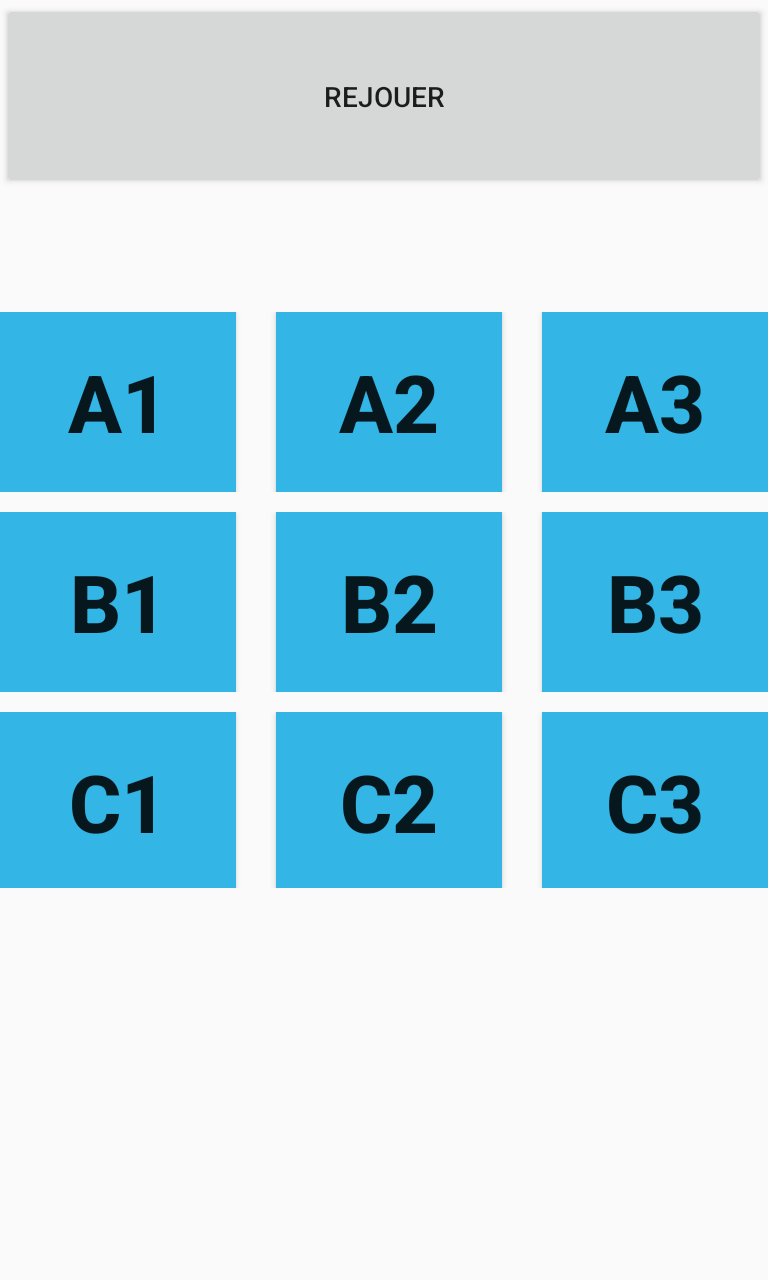
Repository: chakrinamo/Projet_S4_TicTacToe
Layout: Tic_Tac_Toe/res/layout/activity_main.xml
The author's editor kept a copy of each file at every save. The layout is drawn from the files as they stood at one save, then again after the next save.
It is drawn on a 768 x 1280 px phone screen (xhdpi) without system bars, with theme AppTheme; the app's code is not run.

Above is the layout before, as saved 2015-02-24 06:25:28.

### Tic_Tac_Toe/res/layout/activity_main.xml
<LinearLayout xmlns:android="http://schemas.android.com/apk/res/android"
    xmlns:tools="http://schemas.android.com/tools"
    android:layout_width="match_parent"
    android:layout_height="match_parent"
    android:orientation="vertical"
    tools:context="${relativePackage}.${activityClass}" >

    <LinearLayout
        android:layout_width="fill_parent"
        android:layout_height="wrap_content"
        android:orientation="horizontal" >

        <Button
            android:id="@+id/Rejouer"
            android:layout_width="fill_parent"
            android:layout_height="96dp"
            android:layout_marginBottom="60dp"
            android:text="REJOUER"/>

    </LinearLayout>

    <LinearLayout
        android:layout_width="fill_parent"
        android:layout_height="wrap_content"
        android:orientation="horizontal"
        android:layout_marginBottom="10dp">

        <Button
            android:id="@+id/A1"
            android:layout_width="fill_parent"
            android:layout_height="90dp"
            android:layout_marginRight="10dp"
            android:layout_weight="1"
            android:text="A1"
            android:textSize="40dp"
            android:textStyle="bold"
         	android:background="#33b5e5" />

        <Button
            android:id="@+id/A2"
            android:layout_width="fill_parent"
            android:layout_height="90dp"
            android:layout_marginLeft="10dp"
            android:layout_marginRight="5dp"
            android:layout_weight="1"
            android:text="A2"
            android:textSize="40dp"
            android:textStyle="bold"
            android:background="#33b5e5"/>

        <Button
            android:id="@+id/A3"
            android:layout_width="fill_parent"
            android:layout_height="90dp"
            android:layout_marginLeft="15dp"
            android:layout_weight="1"
            android:text="A3"
            android:textSize="40dp"
            android:textStyle="bold"
            android:background="#33b5e5"/>

    </LinearLayout>

    <LinearLayout
        android:layout_width="fill_parent"
        android:layout_height="wrap_content"
        android:orientation="horizontal"
        android:layout_marginBottom="10dp">

        <Button
            android:id="@+id/B1"
            android:layout_width="fill_parent"
            android:layout_height="90dp"
            android:layout_marginRight="10dp"
            android:layout_weight="1"
            android:text="B1"
            android:textSize="40dp"
            android:textStyle="bold"
            android:background="#33b5e5"/>

        <Button
            android:id="@+id/B2"
            android:layout_width="fill_parent"
            android:layout_height="90dp"
            android:layout_marginLeft="10dp"
            android:layout_marginRight="5dp"
            android:layout_weight="1"
            android:text="B2"
            android:textSize="40dp"
            android:textStyle="bold"
            android:background="#33b5e5"/>

        <Button
            android:id="@+id/B3"
            android:layout_width="fill_parent"
            android:layout_height="90dp"
            android:layout_marginLeft="15dp"
            android:layout_weight="1"
            android:text="B3"
            android:textSize="40dp"
            android:textStyle="bold"
            android:background="#33b5e5"/>

    </LinearLayout>

    <LinearLayout
        android:layout_width="fill_parent"
        android:layout_height="88dp"
        android:orientation="horizontal"
        android:layout_marginBottom="10dp" >

        <Button
            android:id="@+id/C1"
            android:layout_width="fill_parent"
            android:layout_height="90dp"
            android:layout_marginRight="10dp"
            android:layout_weight="1"
            android:text="C1"
            android:textSize="40dp"
            android:textStyle="bold"
            android:background="#33b5e5"/>

        <Button
            android:id="@+id/C2"
            android:layout_width="fill_parent"
            android:layout_height="90dp"
            android:layout_marginLeft="10dp"
            android:layout_marginRight="5dp"
            android:layout_weight="1"
            android:text="C2"
            android:textSize="40dp"
            android:textStyle="bold"
            android:background="#33b5e5"/>

        <Button
            android:id="@+id/C3"
            android:layout_width="fill_parent"
            android:layout_height="90dp"
            android:layout_marginLeft="15dp"
            android:layout_weight="1"
            android:text="C3"
            android:textSize="40dp"
            android:textStyle="bold"
            android:background="#33b5e5"/>

    </LinearLayout>

</LinearLayout>

Loaded but not shown: Tic_Tac_Toe/res/values/styles.xml (common file); Tic_Tac_Toe/res/values-v11/styles.xml (common file); Tic_Tac_Toe/res/values-v14/styles.xml (common file)

After the next save:
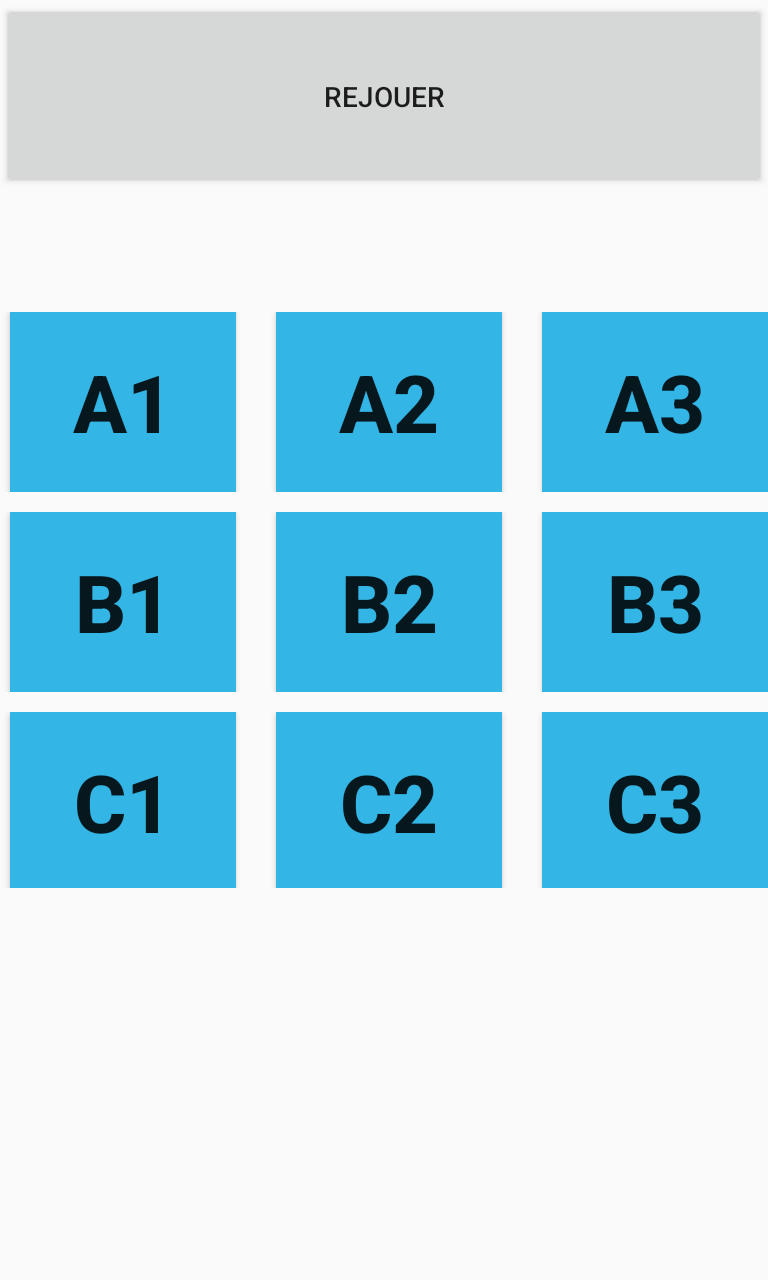
Saved 4 min 32 s later.
--- a/Tic_Tac_Toe/res/layout/activity_main.xml
+++ b/Tic_Tac_Toe/res/layout/activity_main.xml
@@ -29,12 +29,13 @@
             android:id="@+id/A1"
             android:layout_width="fill_parent"
             android:layout_height="90dp"
+            android:layout_marginLeft="5dp"
             android:layout_marginRight="10dp"
             android:layout_weight="1"
+            android:background="#33b5e5"
             android:text="A1"
             android:textSize="40dp"
-            android:textStyle="bold"
-         	android:background="#33b5e5" />
+            android:textStyle="bold" />
 
         <Button
             android:id="@+id/A2"
@@ -71,12 +72,13 @@
             android:id="@+id/B1"
             android:layout_width="fill_parent"
             android:layout_height="90dp"
+            android:layout_marginLeft="5dp"
             android:layout_marginRight="10dp"
             android:layout_weight="1"
+            android:background="#33b5e5"
             android:text="B1"
             android:textSize="40dp"
-            android:textStyle="bold"
-            android:background="#33b5e5"/>
+            android:textStyle="bold" />
 
         <Button
             android:id="@+id/B2"
@@ -113,12 +115,13 @@
             android:id="@+id/C1"
             android:layout_width="fill_parent"
             android:layout_height="90dp"
+            android:layout_marginLeft="5dp"
             android:layout_marginRight="10dp"
             android:layout_weight="1"
+            android:background="#33b5e5"
             android:text="C1"
             android:textSize="40dp"
-            android:textStyle="bold"
-            android:background="#33b5e5"/>
+            android:textStyle="bold" />
 
         <Button
             android:id="@+id/C2"
